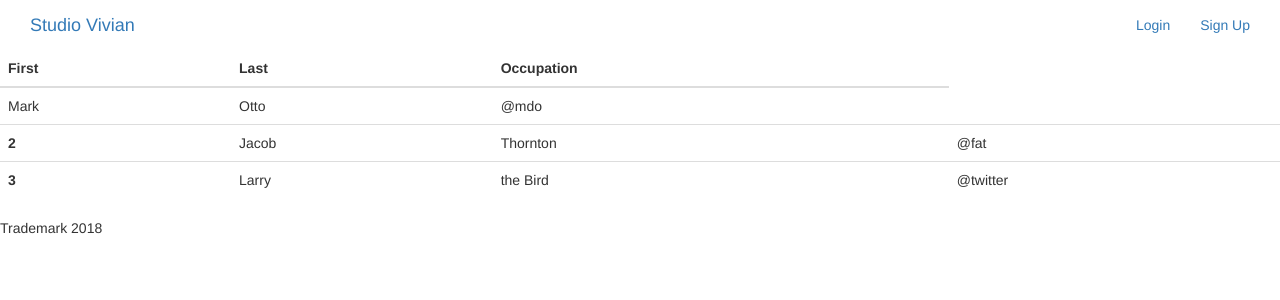
Repository: JamesShen03/ERP
Page: v1/views/activate.ejs
The author's editor kept a record of every edit. The page is drawn from the files as they stood at one moment, then again after the next edit.
The browser window is 1280 px wide. The pictures show the whole page.
The page is served by the project's Node server (v1/app.js). Other server files are loaded and not shown. The template is opened directly, without the code that normally fills it, so the values that code supplies are empty.

Above is the page before.

### v1/views/activate.ejs
<% include partials/header%>
<table class="table">
  <thead>
    <tr>
      <th scope="col">First</th>
      <th scope="col">Last</th>
      <th scope="col">Occupation</th>
    </tr>
  </thead>
  <tbody>
    <tr>
      <td>Mark</td>
      <td>Otto</td>
      <td>@mdo</td>
    </tr>
    <tr>
      <th scope="row">2</th>
      <td>Jacob</td>
      <td>Thornton</td>
      <td>@fat</td>
    </tr>
    <tr>
      <th scope="row">3</th>
      <td>Larry</td>
      <td>the Bird</td>
      <td>@twitter</td>
    </tr>
  </tbody>
</table>
<% include partials/footer%>

### v1/views/partials/header.ejs
<!DOCTYPE html>
<html>
    <head>
        <title>Version 1.0 </title>
        <link rel="stylesheet" href="https://stackpath.bootstrapcdn.com/bootstrap/3.3.7/css/bootstrap.min.css">
    </head>
    <body>
   <div class="container-fluid">
            <div class="navbar-header">
                <a class="navbar-brand" href="/">Studio Vivian</a>
            </div>
            <div class="collapse navbar-collapse">
                <ul class="nav navbar-nav navbar-right">
                    <% if(!currentUser){ %>
                    <li><a href="/">Login</a></li>
                    <li><a href="/register">Sign Up</a></li>
                    <% }else{ %>
                    <li><a href="#">Signed In As <%= currentUser.username %></a></li>
                    <li><a href="/logout">Logout</a></li>
                    <% } %>
                </ul>
            </div>
        </div>
</nav>

### v1/views/partials/footer.ejs
        <p>Trademark 2018</p>

    </body>
</html>

### v1/app.js
var express = require ("express"),
    mongoose=require("mongoose"),
    app = express(),
    bodyParser=require("body-parser"),
    methodOverride = require("method-override"),
    passport=require("passport"),
    LocalStrategy=require("passport-local"),
    User=require("./models/user");

mongoose.set("useFindAndModify", false);
mongoose.connect('mongodb://localhost:27017/studio_vivian', { useNewUrlParser: true });
app.use(bodyParser.urlencoded({extended: true}));
app.use(methodOverride("_method"));
app.set("view engine","ejs");
app.use(express.static(__dirname + "/public"));

app.use(require("express-session")({
    secret: "thisisthesecretofthestudio",
    resave: false,
    saveUninitialized: false
}));
app.use(passport.initialize());
app.use(passport.session());
passport.use(new LocalStrategy(User.authenticate()));
passport.serializeUser(User.serializeUser());
passport.deserializeUser(User.deserializeUser());

app.use(function(req,res,next){
    res.locals.currentUser = req.user;
    next();
});



// show login form
app.get("/", function(req, res){
   res.render("login");
});


// handling login logic
app.post("/", passport.authenticate("local",
    {
        successRedirect: "/main",
        failureRedirect: "/"
    }), function(req, res){
});


app.get("/main",isLoggedIn, function(req,res){

   if(res.locals.currentUser.activation==="zero"){
       res.redirect("/infoquery");

   }
   else
    res.render("main");
});

app.get("/infoquery", isLoggedIn, function(req, res){
   res.render("infoquery");

});

app.put("/infoquery", isLoggedIn, function(req, res){
    var id=res.locals.currentUser._id;
    console.log (id);

    var newData = {activation: "one",

            address:req.body.address,
            favorite: req.body.favorite,
            gender: req.body.gender,
            age: req.body.age};

    // User.findOneAndUpdate(
    //     { "_id" : "id" },
    //     { $set: newData}
    // );

    User.findByIdAndUpdate(id, {$set: newData}, function(err, user){ if(err){
            res.redirect("/infoquery");
        } else {
            res.redirect("/main");
        }

    });
});


app.get("/activate", isLoggedIn, isAdmin, function(req, res){

   User.find({activation:"one"}, function(err, allUsers){
       if(err){
           console.log(err);
       } else {
          res.render("activate",{users:allUsers});
       }
   });
});

app.put("/activate", isLoggedIn, isAdmin, function(req, res){
    console.log(req.body.approved);
    var newData = {activation: "two"};

    User.findByIdAndUpdate(req.body.approved, {$set: newData}, function(err, user){ if(err){
            res.redirect("/main");
        } else {
            res.redirect("/activate");
        }

    });
});

//  ===========
// AUTH ROUTES
//  ===========

// show register form
app.get("/register", function(req, res){
   res.render("register");
});
//handle sign up logic
app.post("/register", function(req, res){
    var _functions;
    if(req.body.auth==="teacher"){
        _functions=["My Courses","Invoices","My Students"];
    }
    else{
        _functions=["My Courses","My Teachers","Materials"];
    }
    var _activation="zero";
    // var _address= var _favorite= var _gender=var _age="null";
    var newUser = new User({username: req.body.username, email:req.body.email, auth:req.body.auth, firstname:req.body.firstname, lastname:req.body.lastname,activation:_activation, functions:_functions
    // ,address: _address, favorite:_favorite, gender:_gender, age:_age
    });
    User.register(newUser, req.body.password, function(err, user){
        if(err){
            console.log(err);
            return res.render("register");
        }
        passport.authenticate("local")(req, res, function(){
           res.redirect("/main");
        });
    });
});


// logic route
app.get("/logout", function(req, res){
   req.logout();
   res.redirect("/");
});

function isLoggedIn(req, res, next){
    if(req.isAuthenticated()){
        return next();
    }
    res.redirect("/");
}

function isAdmin(req, res, next){
    if(res.locals.currentUser.activation==="three"){
        return next();
    }
    res.redirect("/main");
}


app.listen(process.env.PORT, process.env.IP, function(){
    console.log("SERVER IS RUNNING!");
})

After the next edit:
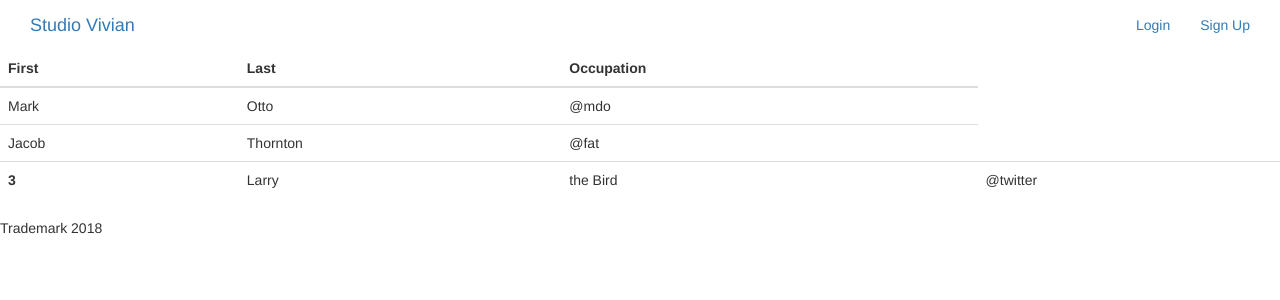
The edit:
--- a/v1/views/activate.ejs
+++ b/v1/views/activate.ejs
@@ -14,7 +14,6 @@
       <td>@mdo</td>
     </tr>
     <tr>
-      <th scope="row">2</th>
       <td>Jacob</td>
       <td>Thornton</td>
       <td>@fat</td>
